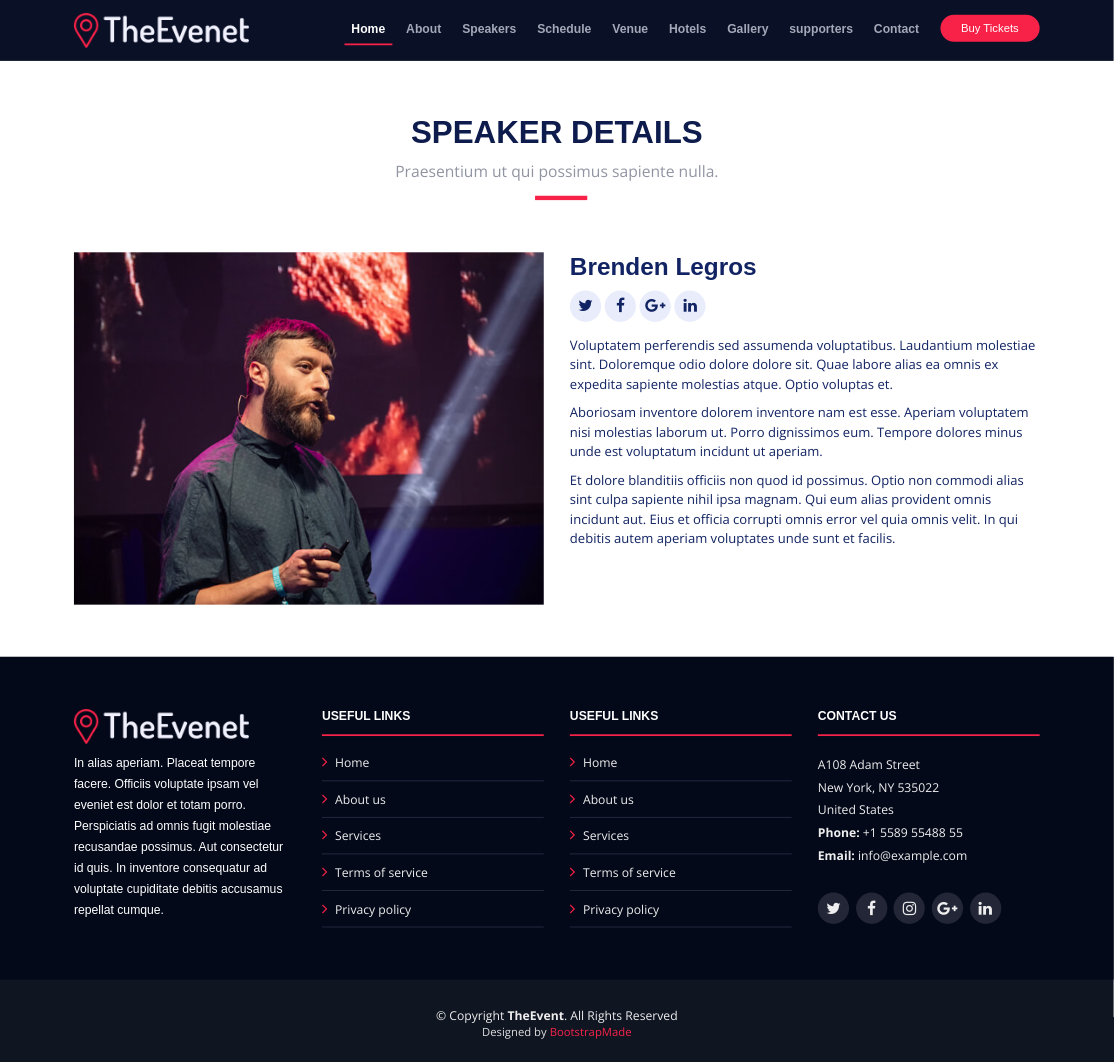
Repository: pranaybhardwaj01/Theater
Page: http://localhost/Theater/speaker-details.jsp
An editor plug-in stored every save of this project. The page is shown before and after the next save, followed by the edit.
The browser window is 1280 px wide. The pictures show the whole page, at 87% of full size.
Some web fonts or font styles are not loaded; a fallback is used. The page is served by Tomcat 9.

Above is the page before, as saved 2019-07-23 17:10:00.

### Theater/src/main/webapp/speaker-details.jsp
<!DOCTYPE html>
<html lang="en">

<head>
  <meta charset="utf-8">
<title>Being Association - A Mumbai Based Theatre Group</title>
<meta content="width=device-width, initial-scale=1.0" name="viewport">
<meta content="theatre, book, natak, poem, story, shayar, author, writter, natak" name="keywords">
<meta content="This website is E library for books based on story poems by author writter shayar and written plays and natak" name="description">

<!-- Favicons -->
<link href="img/favicon.png" rel="icon">
<link href="img/apple-touch-icon.png" rel="apple-touch-icon">

<!-- Google Fonts -->
<link
	href="https://fonts.googleapis.com/css?family=Open+Sans:300,300i,400,400i,700,700i|Raleway:300,400,500,700,800"
	rel="stylesheet">

<!-- Bootstrap CSS File -->
<link href="lib/bootstrap/css/bootstrap.min.css" rel="stylesheet">

<!-- Libraries CSS Files -->
<link href="lib/font-awesome/css/font-awesome.min.css" rel="stylesheet">
<link href="lib/animate/animate.min.css" rel="stylesheet">
<link href="lib/venobox/venobox.css" rel="stylesheet">
<link href="lib/owlcarousel/assets/owl.carousel.min.css"
	rel="stylesheet">

<!-- Main Stylesheet File -->
<link href="css/style.css" rel="stylesheet">

<!-- =======================================================
    Theme Name: Being Association
    Theme URL:
    Author: Ebook Team
    License:
  ======================================================= -->
</head>

<body>

  <!--==========================
    Header
  ============================-->
  <header id="header" class="header-fixed">
    <div class="container">

      <div id="logo" class="pull-left">
        <!-- Uncomment below if you prefer to use a text logo -->
        <!-- <h1><a href="#main">C<span>o</span>nf</a></h1>-->
        <a href="index.html#intro" class="scrollto"><img src="img/logo.png" alt="" title=""></a>
      </div>

      <nav id="nav-menu-container">
        <ul class="nav-menu">
          <li class="menu-active"><a href="#intro">Home</a></li>
          <li><a href="index.html#about">About</a></li>
          <li><a href="index.html#speakers">Speakers</a></li>
          <li><a href="index.html#schedule">Schedule</a></li>
          <li><a href="index.html#venue">Venue</a></li>
          <li><a href="index.html#hotels">Hotels</a></li>
          <li><a href="index.html#gallery">Gallery</a></li>
          <li><a href="index.html#supporters">supporters</a></li>
          <li><a href="index.html#contact">Contact</a></li>
          <li class="buy-tickets"><a href="index.html#buy-tickets">Buy Tickets</a></li>
        </ul>
      </nav><!-- #nav-menu-container -->
    </div>
  </header><!-- #header -->

  <main id="main" class="main-page">

    <!--==========================
      Speaker Details Section
    ============================-->
    <section id="speakers-details" class="wow fadeIn">
      <div class="container">
        <div class="section-header">
          <h2>Speaker Details</h2>
          <p>Praesentium ut qui possimus sapiente nulla.</p>
        </div>

        <div class="row">
          <div class="col-md-6">
            <img src="img/speakers/1.jpg" alt="Speaker 1" class="img-fluid">
          </div>

          <div class="col-md-6">
            <div class="details">
              <h2>Brenden Legros</h2>
              <div class="social">
                <a href=""><i class="fa fa-twitter"></i></a>
                <a href=""><i class="fa fa-facebook"></i></a>
                <a href=""><i class="fa fa-google-plus"></i></a>
                <a href=""><i class="fa fa-linkedin"></i></a>
              </div>
              <p>Voluptatem perferendis sed assumenda voluptatibus. Laudantium molestiae sint. Doloremque odio dolore dolore sit. Quae labore alias ea omnis ex expedita sapiente molestias atque. Optio voluptas et.</p>

              <p>Aboriosam inventore dolorem inventore nam est esse. Aperiam voluptatem nisi molestias laborum ut. Porro dignissimos eum. Tempore dolores minus unde est voluptatum incidunt ut aperiam.</p>

              <p>Et dolore blanditiis officiis non quod id possimus. Optio non commodi alias sint culpa sapiente nihil ipsa magnam. Qui eum alias provident omnis incidunt aut. Eius et officia corrupti omnis error vel quia omnis velit. In qui debitis autem aperiam voluptates unde sunt et facilis.</p>
            </div>
          </div>

        </div>
      </div>

    </section>

  </main>


  <!--==========================
    Footer
  ============================-->
  <footer id="footer">
    <div class="footer-top">
      <div class="container">
        <div class="row">

          <div class="col-lg-3 col-md-6 footer-info">
            <img src="img/logo.png" alt="TheEvenet">
            <p>In alias aperiam. Placeat tempore facere. Officiis voluptate ipsam vel eveniet est dolor et totam porro. Perspiciatis ad omnis fugit molestiae recusandae possimus. Aut consectetur id quis. In inventore consequatur ad voluptate cupiditate debitis accusamus repellat cumque.</p>
          </div>

          <div class="col-lg-3 col-md-6 footer-links">
            <h4>Useful Links</h4>
            <ul>
              <li><i class="fa fa-angle-right"></i> <a href="#">Home</a></li>
              <li><i class="fa fa-angle-right"></i> <a href="#">About us</a></li>
              <li><i class="fa fa-angle-right"></i> <a href="#">Services</a></li>
              <li><i class="fa fa-angle-right"></i> <a href="#">Terms of service</a></li>
              <li><i class="fa fa-angle-right"></i> <a href="#">Privacy policy</a></li>
            </ul>
          </div>

          <div class="col-lg-3 col-md-6 footer-links">
            <h4>Useful Links</h4>
            <ul>
              <li><i class="fa fa-angle-right"></i> <a href="#">Home</a></li>
              <li><i class="fa fa-angle-right"></i> <a href="#">About us</a></li>
              <li><i class="fa fa-angle-right"></i> <a href="#">Services</a></li>
              <li><i class="fa fa-angle-right"></i> <a href="#">Terms of service</a></li>
              <li><i class="fa fa-angle-right"></i> <a href="#">Privacy policy</a></li>
            </ul>
          </div>

          <div class="col-lg-3 col-md-6 footer-contact">
            <h4>Contact Us</h4>
            <p>
              A108 Adam Street <br>
              New York, NY 535022<br>
              United States <br>
              <strong>Phone:</strong> +1 5589 55488 55<br>
              <strong>Email:</strong> info@example.com<br>
            </p>

            <div class="social-links">
              <a href="#" class="twitter"><i class="fa fa-twitter"></i></a>
              <a href="#" class="facebook"><i class="fa fa-facebook"></i></a>
              <a href="#" class="instagram"><i class="fa fa-instagram"></i></a>
              <a href="#" class="google-plus"><i class="fa fa-google-plus"></i></a>
              <a href="#" class="linkedin"><i class="fa fa-linkedin"></i></a>
            </div>

          </div>

        </div>
      </div>
    </div>

    <div class="container">
      <div class="copyright">
        &copy; Copyright <strong>TheEvent</strong>. All Rights Reserved
      </div>
      <div class="credits">
        <!--
          All the links in the footer should remain intact.
          You can delete the links only if you purchased the pro version.
          Licensing information: https://bootstrapmade.com/license/
          Purchase the pro version with working PHP/AJAX contact form: https://bootstrapmade.com/buy/?theme=TheEvent
        -->
        Designed by <a href="https://bootstrapmade.com/">BootstrapMade</a>
      </div>
    </div>
  </footer><!-- #footer -->

  <a href="#" class="back-to-top"><i class="fa fa-angle-up"></i></a>

  <!-- JavaScript Libraries -->
  <script src="lib/jquery/jquery.min.js"></script>
  <script src="lib/jquery/jquery-migrate.min.js"></script>
  <script src="lib/bootstrap/js/bootstrap.bundle.min.js"></script>
  <script src="lib/easing/easing.min.js"></script>
  <script src="lib/superfish/hoverIntent.js"></script>
  <script src="lib/superfish/superfish.min.js"></script>
  <script src="lib/wow/wow.min.js"></script>
  <script src="lib/venobox/venobox.min.js"></script>
  <script src="lib/owlcarousel/owl.carousel.min.js"></script>

  <!-- Contact Form JavaScript File -->
  <script src="contactform/contactform.js"></script>

  <!-- Template Main Javascript File -->
  <script src="js/main.js"></script>
</body>

</html>

### Theater/src/main/webapp/jsp/commonHeader.jsp

<!--==========================
    Header
  ============================-->
	<header id="header">
		<div class="container">

			<div id="logo" class="pull-left">
				<!-- Uncomment below if you prefer to use a text logo -->
				<!-- <h1><a href="#main">C<span>o</span>nf</a></h1>-->
				<a href="#intro" class="scrollto"><img src="img/newLogo.png"
					alt="" title=""></a>
			</div>

			<nav id="nav-menu-container">
				<ul class="nav-menu">
					<li class="menu-active"><a href="#intro">Home</a></li>
					<li><a href="#aboutUs">About Us</a></li>
					<li><a href="#speakers">Our Work</a></li>
					<li><a href="#gallery">Gallery</a></li>
					<li><a href="#" data-toggle="dropdown">Sanhita Manch</a>
					<ul class="dropdown-menu">
						<li><a href="#" class="dropdown-item">Sanhita Manch 2019</a></li>
						<li><a href="#" class="dropdown-item">Sanhita Manch 2018</a></li>
						<li><a href="#" class="dropdown-item">Sanhita Manch 2017</a></li>
						</ul>
					</li>
					<li><a href="#venue">Upcoming Events</a></li>
					<li><a href="#contact">Contact</a></li>
					<li><a href="#">Donate</a></li>
					<li class="buy-tickets"><a href="#">login</a></li>
					<li class="buy-tickets"><a href="#">Register Now</a></li>
				</ul>
			</nav>
			<!-- #nav-menu-container -->
		</div>
	</header>
	<!-- #header -->

### Theater/src/main/webapp/jsp/commonFooter.jsp
<!--==========================
    Footer
  ============================-->
	<footer id="footer">
		<div class="footer-top">
			<div class="container">
				<div class="row">

						<div class="social-links">

					       <h2>Follow us </h2>
							<a href="#" class="twitter"><i class="fa fa-twitter"></i></a> <a
								href="#" class="facebook"><i class="fa fa-facebook"></i></a> <a
								href="#" class="instagram"><i class="fa fa-instagram"></i></a> <a
								href="#" class="google-plus"><i class="fa fa-google-plus"></i></a>
							<a href="#" class="linkedin"><i class="fa fa-linkedin"></i></a>
						</div>


				</div>
			</div>
		</div>
	</footer>
	<!-- #footer -->

Loaded but not shown: Theater/src/main/webapp/lib/bootstrap/css/bootstrap.min.css (library); Theater/src/main/webapp/lib/font-awesome/css/font-awesome.min.css (library); Theater/src/main/webapp/lib/animate/animate.min.css (library); Theater/src/main/webapp/lib/venobox/venobox.css (library); Theater/src/main/webapp/lib/owlcarousel/assets/owl.carousel.min.css (common file); Theater/src/main/webapp/lib/jquery/jquery.min.js (library); Theater/src/main/webapp/lib/jquery/jquery-migrate.min.js (library); Theater/src/main/webapp/lib/bootstrap/js/bootstrap.bundle.min.js (library); Theater/src/main/webapp/lib/easing/easing.min.js (common file); Theater/src/main/webapp/lib/superfish/hoverIntent.js (library); Theater/src/main/webapp/lib/superfish/superfish.min.js (library); Theater/src/main/webapp/lib/wow/wow.min.js (library); Theater/src/main/webapp/lib/venobox/venobox.min.js (library); Theater/src/main/webapp/lib/owlcarousel/owl.carousel.min.js (library); Theater/src/main/webapp/js/main.js (147 lines, source omitted); Theater/src/main/webapp/contactform/contactform.js (118 lines, source omitted); Theater/src/main/webapp/css/style.css (1665 lines, source omitted)

After the next save:
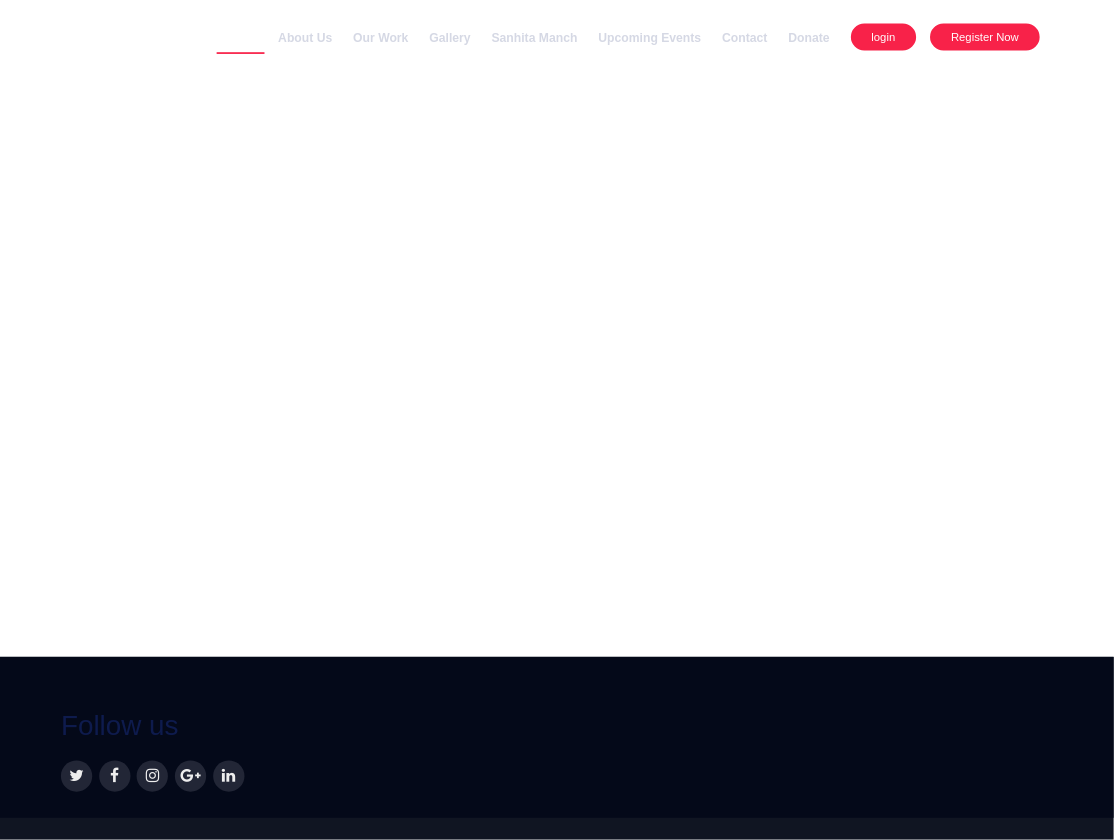
Saved 2 s later.
--- a/Theater/src/main/webapp/speaker-details.jsp
+++ b/Theater/src/main/webapp/speaker-details.jsp
@@ -40,34 +40,10 @@
 
 <body>
 
-  <!--==========================
-    Header
-  ============================-->
-  <header id="header" class="header-fixed">
-    <div class="container">
+<!-- Header Starts -->
+<jsp:include page="jsp/commonHeader.jsp"/>
 
-      <div id="logo" class="pull-left">
-        <!-- Uncomment below if you prefer to use a text logo -->
-        <!-- <h1><a href="#main">C<span>o</span>nf</a></h1>-->
-        <a href="index.html#intro" class="scrollto"><img src="img/logo.png" alt="" title=""></a>
-      </div>
-
-      <nav id="nav-menu-container">
-        <ul class="nav-menu">
-          <li class="menu-active"><a href="#intro">Home</a></li>
-          <li><a href="index.html#about">About</a></li>
-          <li><a href="index.html#speakers">Speakers</a></li>
-          <li><a href="index.html#schedule">Schedule</a></li>
-          <li><a href="index.html#venue">Venue</a></li>
-          <li><a href="index.html#hotels">Hotels</a></li>
-          <li><a href="index.html#gallery">Gallery</a></li>
-          <li><a href="index.html#supporters">supporters</a></li>
-          <li><a href="index.html#contact">Contact</a></li>
-          <li class="buy-tickets"><a href="index.html#buy-tickets">Buy Tickets</a></li>
-        </ul>
-      </nav><!-- #nav-menu-container -->
-    </div>
-  </header><!-- #header -->
+<!-- Header Ends -->
 
   <main id="main" class="main-page">
 
@@ -111,99 +87,12 @@
   </main>
 
 
-  <!--==========================
-    Footer
-  ============================-->
-  <footer id="footer">
-    <div class="footer-top">
-      <div class="container">
-        <div class="row">
+<!-- Footer Starts -->
+<jsp:include page="jsp/commonFooter.jsp"/>
 
-          <div class="col-lg-3 col-md-6 footer-info">
-            <img src="img/logo.png" alt="TheEvenet">
-            <p>In alias aperiam. Placeat tempore facere. Officiis voluptate ipsam vel eveniet est dolor et totam porro. Perspiciatis ad omnis fugit molestiae recusandae possimus. Aut consectetur id quis. In inventore consequatur ad voluptate cupiditate debitis accusamus repellat cumque.</p>
-          </div>
+<!-- Footer Ends -->
 
-          <div class="col-lg-3 col-md-6 footer-links">
-            <h4>Useful Links</h4>
-            <ul>
-              <li><i class="fa fa-angle-right"></i> <a href="#">Home</a></li>
-              <li><i class="fa fa-angle-right"></i> <a href="#">About us</a></li>
-              <li><i class="fa fa-angle-right"></i> <a href="#">Services</a></li>
-              <li><i class="fa fa-angle-right"></i> <a href="#">Terms of service</a></li>
-              <li><i class="fa fa-angle-right"></i> <a href="#">Privacy policy</a></li>
-            </ul>
-          </div>
 
-          <div class="col-lg-3 col-md-6 footer-links">
-            <h4>Useful Links</h4>
-            <ul>
-              <li><i class="fa fa-angle-right"></i> <a href="#">Home</a></li>
-              <li><i class="fa fa-angle-right"></i> <a href="#">About us</a></li>
-              <li><i class="fa fa-angle-right"></i> <a href="#">Services</a></li>
-              <li><i class="fa fa-angle-right"></i> <a href="#">Terms of service</a></li>
-              <li><i class="fa fa-angle-right"></i> <a href="#">Privacy policy</a></li>
-            </ul>
-          </div>
-
-          <div class="col-lg-3 col-md-6 footer-contact">
-            <h4>Contact Us</h4>
-            <p>
-              A108 Adam Street <br>
-              New York, NY 535022<br>
-              United States <br>
-              <strong>Phone:</strong> +1 5589 55488 55<br>
-              <strong>Email:</strong> info@example.com<br>
-            </p>
-
-            <div class="social-links">
-              <a href="#" class="twitter"><i class="fa fa-twitter"></i></a>
-              <a href="#" class="facebook"><i class="fa fa-facebook"></i></a>
-              <a href="#" class="instagram"><i class="fa fa-instagram"></i></a>
-              <a href="#" class="google-plus"><i class="fa fa-google-plus"></i></a>
-              <a href="#" class="linkedin"><i class="fa fa-linkedin"></i></a>
-            </div>
-
-          </div>
-
-        </div>
-      </div>
-    </div>
-
-    <div class="container">
-      <div class="copyright">
-        &copy; Copyright <strong>TheEvent</strong>. All Rights Reserved
-      </div>
-      <div class="credits">
-        <!--
-          All the links in the footer should remain intact.
-          You can delete the links only if you purchased the pro version.
-          Licensing information: https://bootstrapmade.com/license/
-          Purchase the pro version with working PHP/AJAX contact form: https://bootstrapmade.com/buy/?theme=TheEvent
-        -->
-        Designed by <a href="https://bootstrapmade.com/">BootstrapMade</a>
-      </div>
-    </div>
-  </footer><!-- #footer -->
-
-  <a href="#" class="back-to-top"><i class="fa fa-angle-up"></i></a>
-
-  <!-- JavaScript Libraries -->
-  <script src="lib/jquery/jquery.min.js"></script>
-  <script src="lib/jquery/jquery-migrate.min.js"></script>
-  <script src="lib/bootstrap/js/bootstrap.bundle.min.js"></script>
-  <script src="lib/easing/easing.min.js"></script>
-  <script src="lib/superfish/hoverIntent.js"></script>
-  <script src="lib/superfish/superfish.min.js"></script>
-  <script src="lib/wow/wow.min.js"></script>
-  <script src="lib/venobox/venobox.min.js"></script>
-  <script src="lib/owlcarousel/owl.carousel.min.js"></script>
-
-  <!-- Contact Form JavaScript File -->
-  <script src="contactform/contactform.js"></script>
-
-  <!-- Template Main Javascript File -->
-  <script src="js/main.js"></script>
 </body>
 
 </html>
